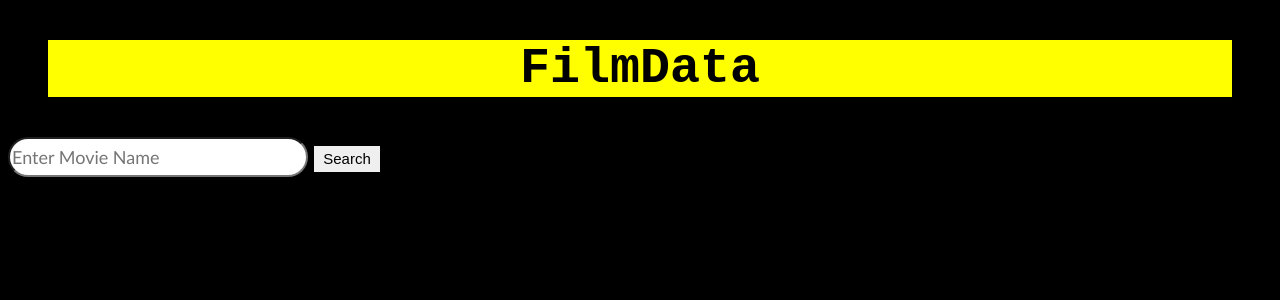
Repository: priyankajainmodi/film_data
Page: index.html
The author's editor kept a copy of each file at every save. The page is drawn from the files as they stood at one save, then again after the next save.
The browser window is 1280 px wide. The pictures show the whole page.

Above is the page before, as saved 2021-11-16 14:05:30.

After the next save:
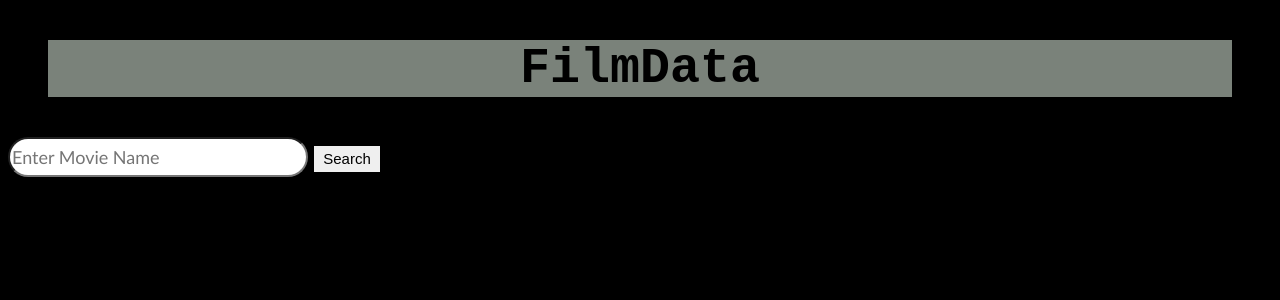
Saved 15 s later.
--- a/index.html
+++ b/index.html
@@ -27,7 +27,7 @@
 </head>
 
 <body bgcolor="#000000">
-    <h1 id="heading" style="color:#000;margin-bottom:50;; text-align:center;font-family:monospace;background-color:yellow;font-size:50px;margin:40px;">FilmData</h1>
+    <h1 id="heading" style="color:#000;margin-bottom:50;; text-align:center;font-family:monospace;background-color:#7A827A;font-size:50px;margin:40px;">FilmData</h1>
 
     <div id="enter">
 

After the save that followed:
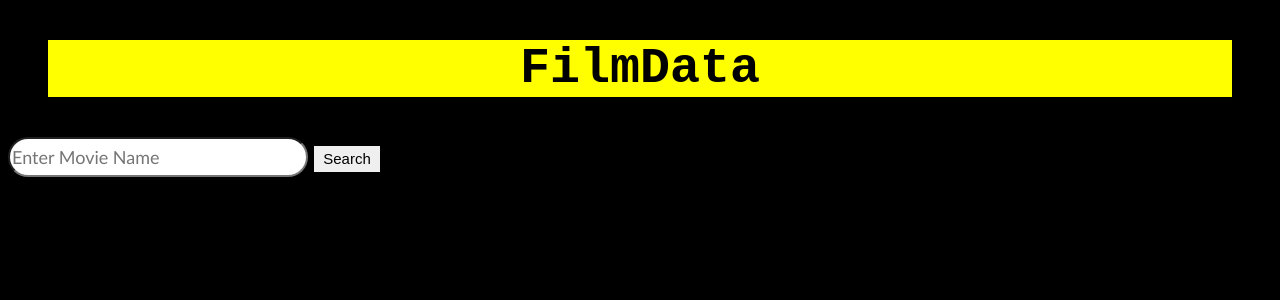
Saved 21 s later.
--- a/index.html
+++ b/index.html
@@ -27,7 +27,7 @@
 </head>
 
 <body bgcolor="#000000">
-    <h1 id="heading" style="color:#000;margin-bottom:50;; text-align:center;font-family:monospace;background-color:#7A827A;font-size:50px;margin:40px;">FilmData</h1>
+    <h1 id="heading" style="color:#000;margin-bottom:50;; text-align:center;font-family:monospace;background-color:yellow;font-size:50px;margin:40px;">FilmData</h1>
 
     <div id="enter">
 
